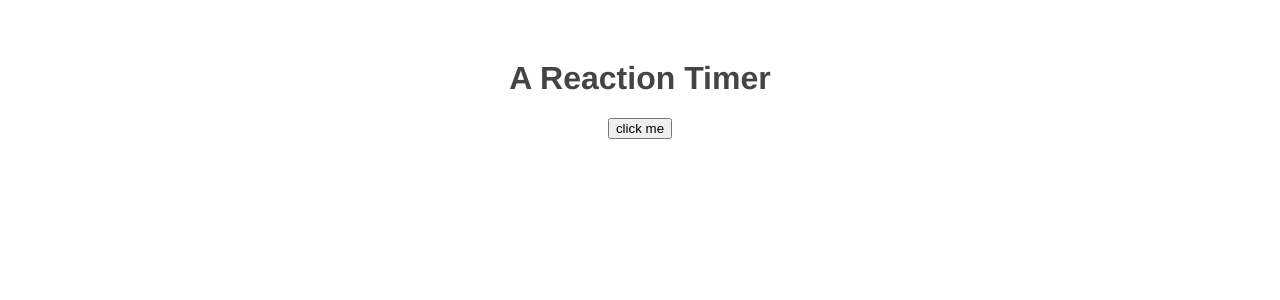
Repository: qudos4real/reaction-timer
Page: /
The author's editor kept a copy of each file at every save. The page is drawn from the files as they stood at one save, then again after a run of saves.
The browser window is 1280 px wide. The pictures show the whole page.
The project was rebuilt for these pictures with package versions that can differ from the ones it lists, and the page was loaded fresh each time. Also part of the build but not shown: vue.config.js, src/components/Block.vue.

Above is the page before, as saved 2022-12-27 23:32:16.

### src/App.vue
<template>
 <h1>A Reaction Timer</h1>
 <button @click="start" v-bind:disabled="isPlaying">click me</button>
 <Block v-if="isPlaying" :delay="delay" @end="endGame"/>
</template>

<script>
import Block from './components/Block.vue';

export default {
  name: 'App',
  components: {
    Block
  },
  data() {
    return {
      isPlaying: false,
      delay: null,
    }
  },
  methods: {
    start() {
      this.isPlaying = true;
      this.delay = 2000 + Math.random() * 5000;
      this.isPlaying = true;
    },
    endGame(reactionTime) {
      this.isPlaying = false;
      alert(`Your reaction time was ${reactionTime} ms`);
    }
  }
}
</script>

<style>
#app {
  font-family: Avenir, Helvetica, Arial, sans-serif;
  -webkit-font-smoothing: antialiased;
  -moz-osx-font-smoothing: grayscale;
  text-align: center;
  color: #444;
  margin-top: 60px;
}
</style>

Loaded but not shown: public/index.html (common file); src/main.js (common file)

After the next 2 saves:
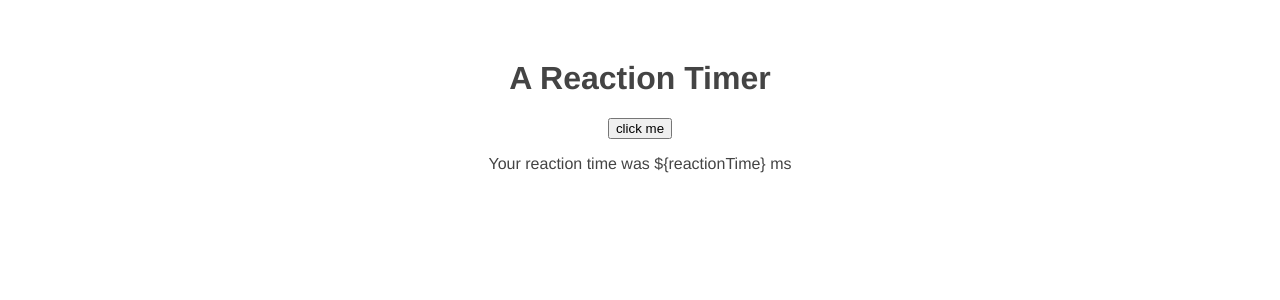
The 2 saves are shown as one change because 1 did not build or start.
The last was saved 72 s later.
--- a/src/App.vue
+++ b/src/App.vue
@@ -2,6 +2,7 @@
  <h1>A Reaction Timer</h1>
  <button @click="start" v-bind:disabled="isPlaying">click me</button>
  <Block v-if="isPlaying" :delay="delay" @end="endGame"/>
+ <p>Your reaction time was ${reactionTime} ms</p>
 </template>
 
 <script>
@@ -26,7 +27,7 @@ export default {
     },
     endGame(reactionTime) {
       this.isPlaying = false;
-      alert(`Your reaction time was ${reactionTime} ms`);
+
     }
   }
 }
